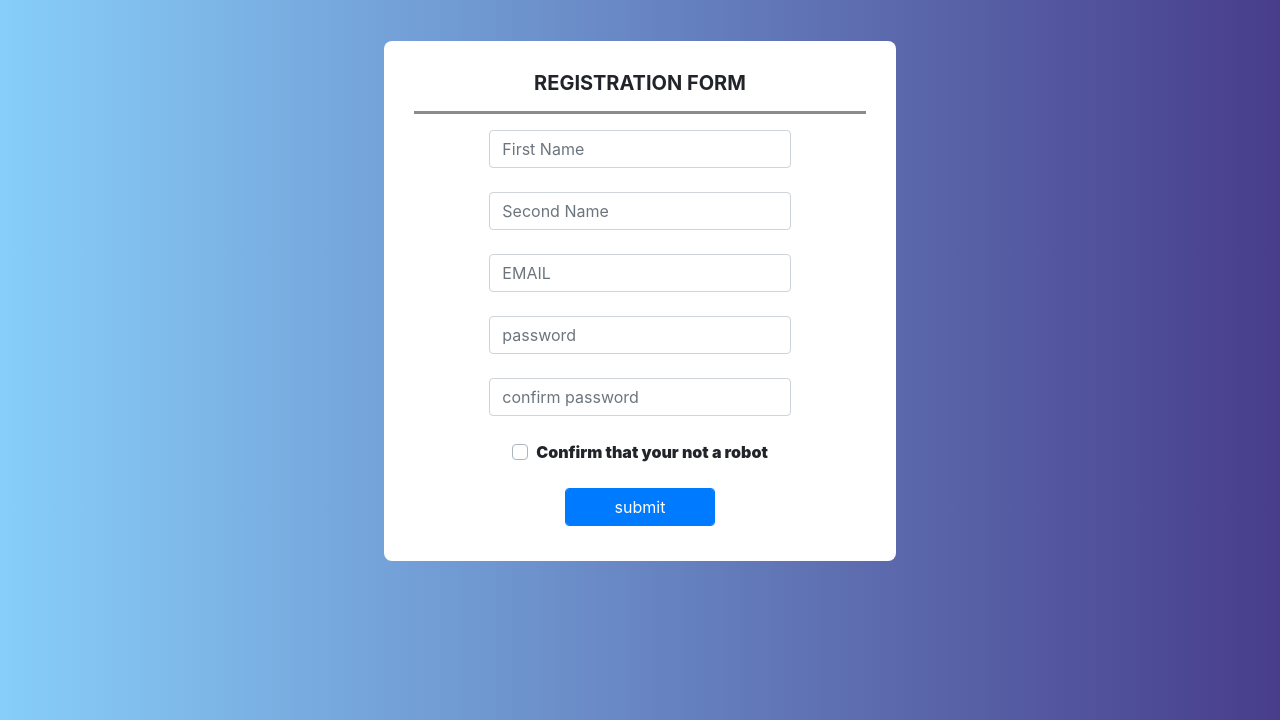
Repository: divyanshAgarwal123/SpringBasic
Page: http://localhost/SpringWebExample/
The author's editor kept a copy of each file at every save. The page is drawn from the files as they stood at one save, then again after the next save.
The browser window is 1280 px wide. The pictures show the whole page.
The page is served by Tomcat 9. Other server files are loaded and not shown.

Above is the page before, as saved 2021-06-08 06:58:41.

### SpringWebExample/src/main/webapp/index.jsp
<html>
<head>
<link rel="stylesheet" href="https://maxcdn.bootstrapcdn.com/bootstrap/4.0.0/css/bootstrap.min.css" integrity="sha384-Gn5384xqQ1aoWXA+058RXPxPg6fy4IWvTNh0E263XmFcJlSAwiGgFAW/dAiS6JXm" crossorigin="anonymous">
<title>Bootstrap Example</title>
  <meta charset="utf-8">
  <meta name="viewport" content="width=device-width, initial-scale=1">
  <link rel="stylesheet" href="https://maxcdn.bootstrapcdn.com/bootstrap/4.3.1/css/bootstrap.min.css">
  <script src="https://ajax.googleapis.com/ajax/libs/jquery/3.4.1/jquery.min.js"></script>
  <script src="https://cdnjs.cloudflare.com/ajax/libs/popper.js/1.14.7/umd/popper.min.js"></script>
  <script src="https://maxcdn.bootstrapcdn.com/bootstrap/4.3.1/js/bootstrap.min.js"></script>

</head>
<body>
<style>
.container {
 padding: 30px;
}
hr.style1{
	border-top: 3px solid #8c8b8b;
}
.grad1 {
  height: 100%;
  background-image:linear-gradient(to right,Lightskyblue,Darkslateblue);
}

</style>
<center>
<div class="grad1">
<div style = "position:relative;top:41px">
<!--<div class="shadow p-3 mb-5 bg-white rounded" style="width:32em;height:520px">-->
<div class="border-0" style="border-radius:8px;height:520px;width:32em;backgrounD:white">
<form action="hello" method="post">
<div class="container">
<h5 style=""><b>REGISTRATION FORM<b></H5>
<hr class="style1">
<div>
<input type="text" class="form-control col-lg-8"placeholder="First Name" name="user1"><br>
<input type="text" class="form-control col-lg-8"placeholder="Second Name" name="user2"><br>
<input type="text" class="form-control col-lg-8"placeholder="EMAIL" name="email">
</div>
<div>
<br><input type="password" class="form-control col-lg-8"placeholder="password" name="pass1">

<br><input type="password" class="form-control col-lg-8"placeholder="confirm password" name="pass2"><br>
</div>

<div class="custom-control custom-checkbox">
<input type="checkbox" class="custom-control-input" id="customcheck" name="example">
<label class="custom-control-label" style="" for="customcheck">Confirm that your not a robot</label>
</div><br>
<button class="btn btn-primary form-control col-lg-4"> submit </button>

</div>
</div>
</div>
</div>
</div>
</form>
</div>
</center>
</body>
</html>

After the next save:
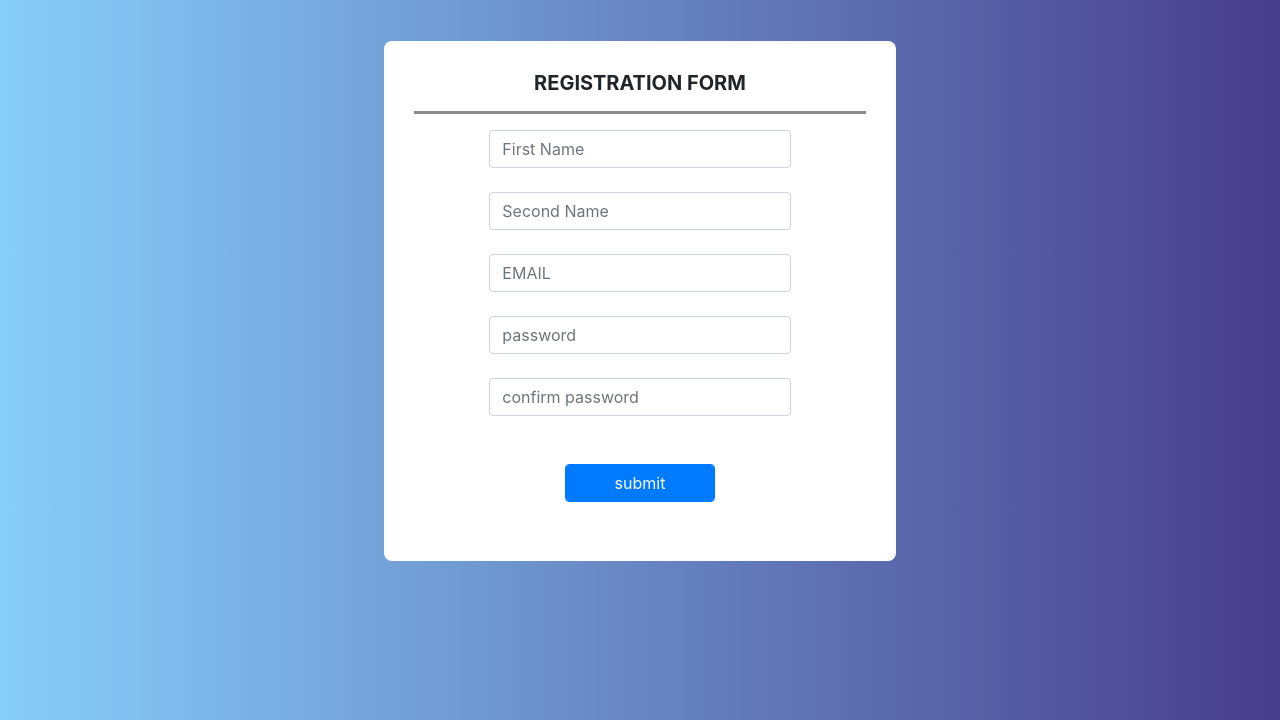
Saved 15 s later.
--- a/SpringWebExample/src/main/webapp/index.jsp
+++ b/SpringWebExample/src/main/webapp/index.jsp
@@ -43,11 +43,7 @@ hr.style1{
 
 <br><input type="password" class="form-control col-lg-8"placeholder="confirm password" name="pass2"><br>
 </div>
-
-<div class="custom-control custom-checkbox">
-<input type="checkbox" class="custom-control-input" id="customcheck" name="example">
-<label class="custom-control-label" style="" for="customcheck">Confirm that your not a robot</label>
-</div><br>
+<br>
 <button class="btn btn-primary form-control col-lg-4"> submit </button>
 
 </div>
